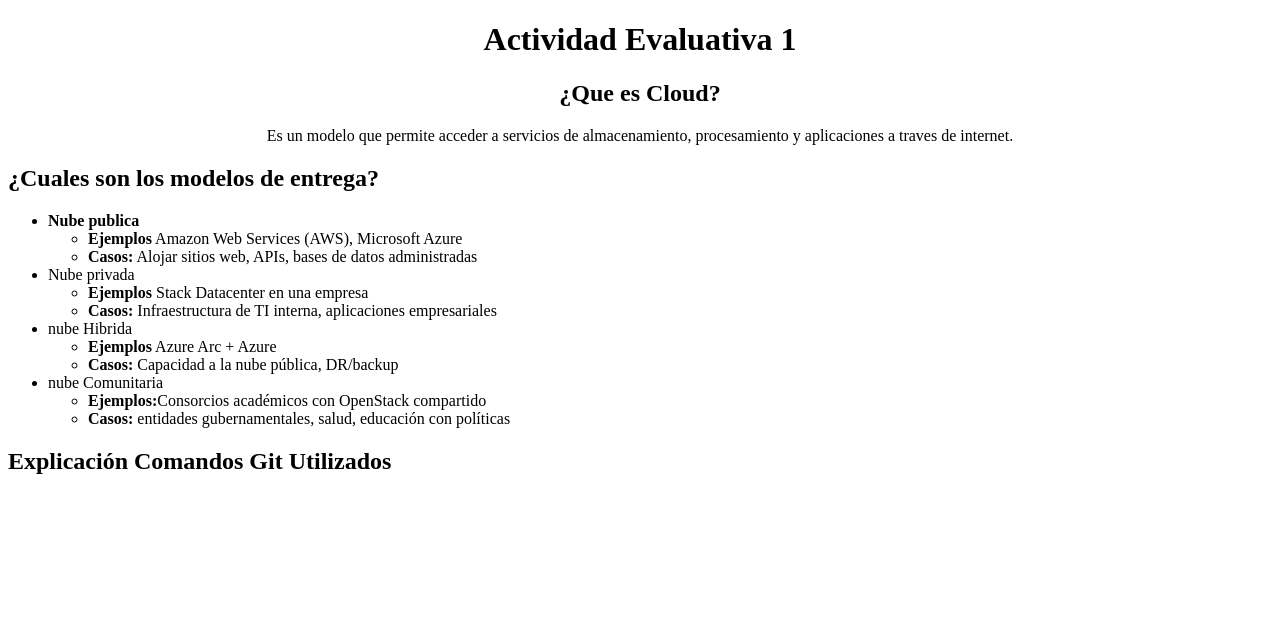
Repository: Laura-Oliveros/Actividad-Evaluativa-1
Page: LauSebas.html
The author's editor kept a copy of each file at every save. The page is drawn from the files as they stood at one save, then again after a run of saves.
The browser window is 1280 px wide. The pictures show the whole page.

Above is the page before, as saved 2025-09-04 19:40:51.

After the next 3 saves:
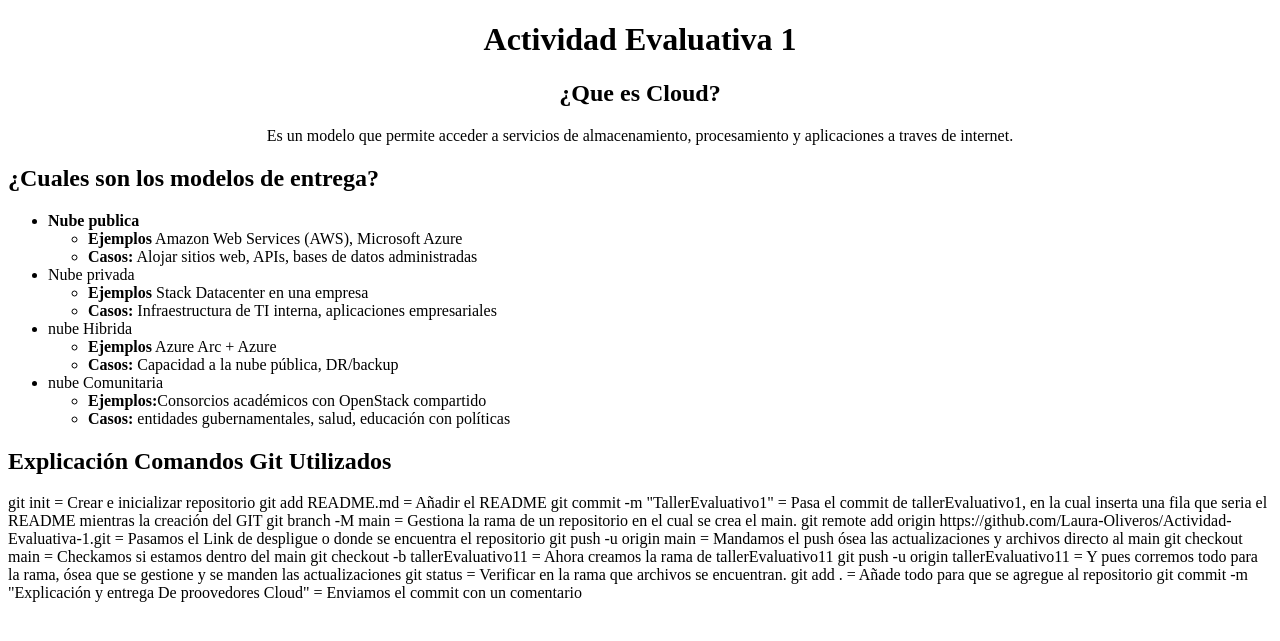
The 3 saves are shown as one change because they came seconds apart.
The last was saved 7 s later.
--- a/LauSebas.html
+++ b/LauSebas.html
@@ -43,7 +43,19 @@
 
     <div class="contenedor" style="text-align: left;">
         <h2>Explicación Comandos Git Utilizados</h2>
-
+        <p>git init = Crear e inicializar repositorio
+git add README.md = Añadir el README
+git commit -m "TallerEvaluativo1" = Pasa el commit de tallerEvaluativo1, en la cual inserta una fila que seria el README mientras la creación del GIT
+git branch -M main = Gestiona la rama de un repositorio en el cual se crea el main.
+git remote add origin https://github.com/Laura-Oliveros/Actividad-Evaluativa-1.git = Pasamos el Link de despligue o donde se encuentra el repositorio
+git push -u origin main = Mandamos el push ósea las actualizaciones y archivos directo al main
+git checkout main = Checkamos si estamos dentro del main
+git checkout -b tallerEvaluativo11 = Ahora creamos la rama de tallerEvaluativo11
+git push -u origin tallerEvaluativo11 = Y pues corremos todo para la rama, ósea que se gestione y se manden las actualizaciones
+git status = Verificar en la rama que archivos se encuentran.
+git add . = Añade todo para que se agregue al repositorio
+git commit -m "Explicación y entrega De proovedores Cloud" = Enviamos el commit con un comentario
+</p>
     </div>
 
 
